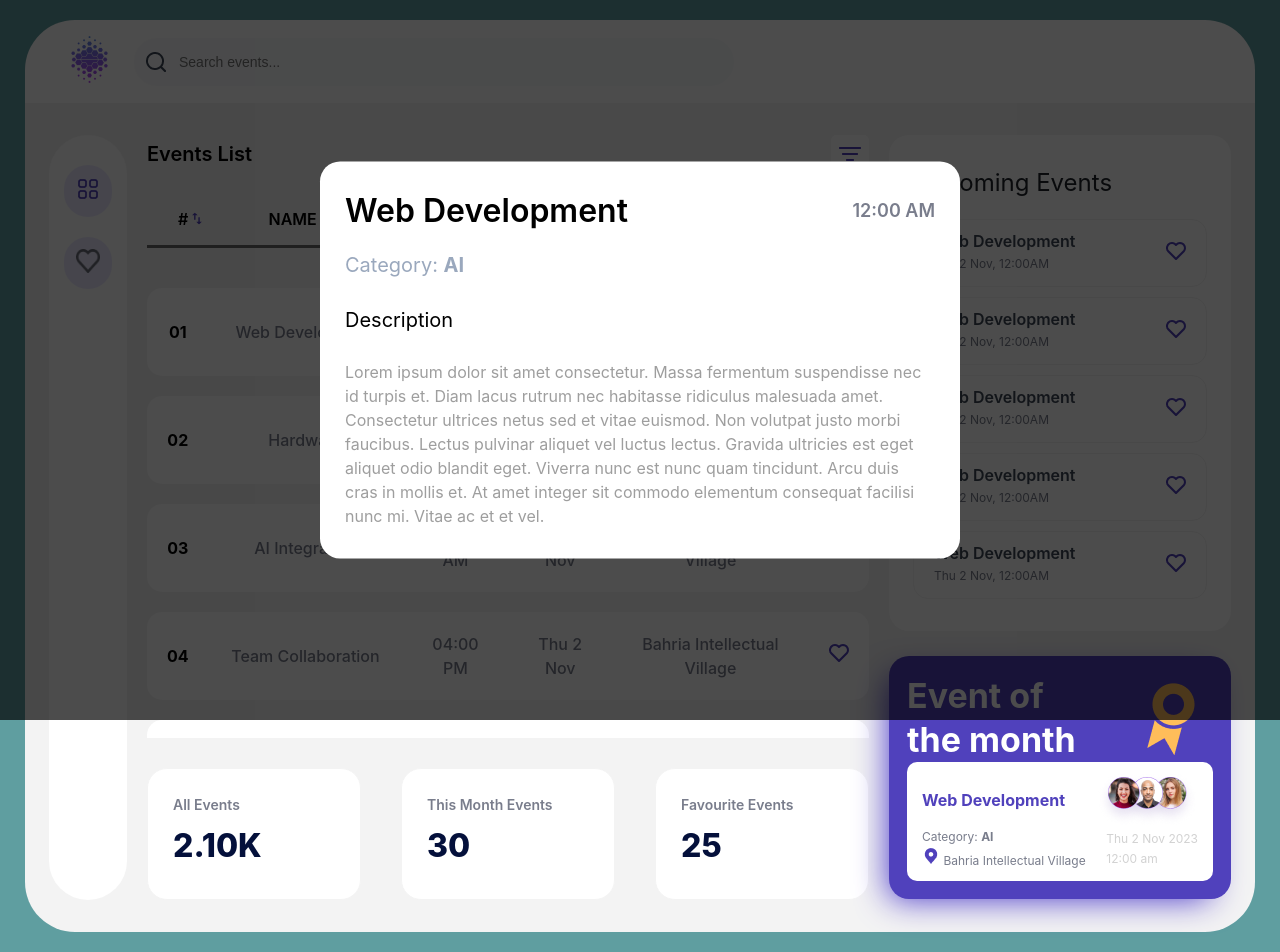
Repository: ahmadunitedsol710/react-dashboard
Page: /, after clicking the first element matching `tr.body_row`
These files come from the project's save history. The page is drawn as it stood at one moment and after a run of saves; the edit follows.
The browser window is 1280 px wide. The pictures show the whole page.
An inner scrolling area shows only its first screen. The project was rebuilt for these pictures with package versions that can differ from the ones it lists, and the page was loaded fresh each time.

Above is the page before, as saved 2024-08-02 10:24:54.

After the next 3 saves:
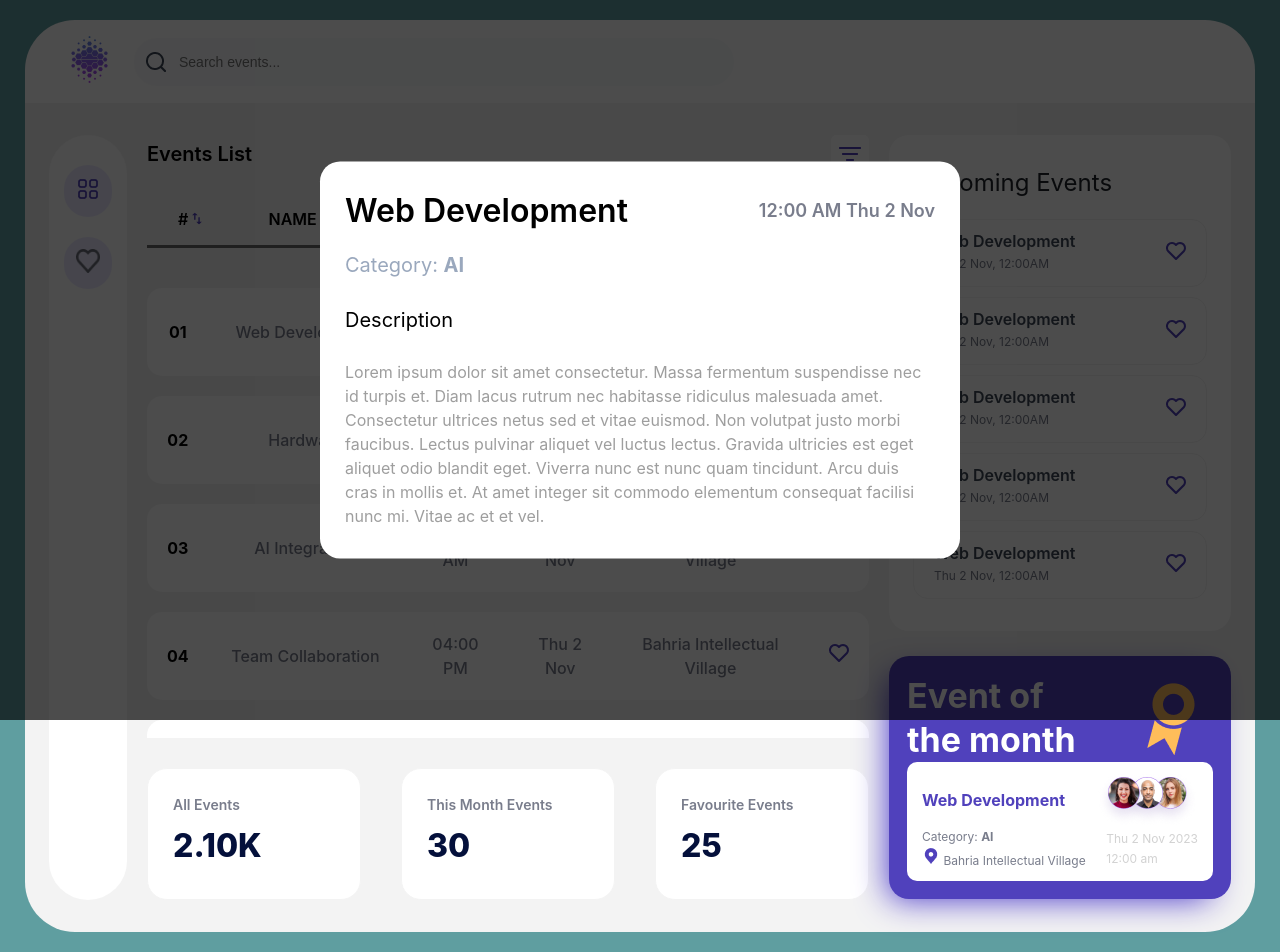
The 3 saves are shown as one change because 2 did not build or start.
The last was saved 20 s later.
--- a/src/Components/Body/Detailpopup.js
+++ b/src/Components/Body/Detailpopup.js
@@ -9,7 +9,7 @@ const Detailpopup = ({closeModal, data}) => {
                 <div className="course_Details">
                     <div className="title_time">
                         <h2 className="title">{data.name}</h2>
-                        <span className="time">{data.time}</span>
+                        <span className="time">{data.time} {data.date}</span>
                     </div>
                     <span className="category">Category: <strong>AI</strong></span>
                     <div className="description">
